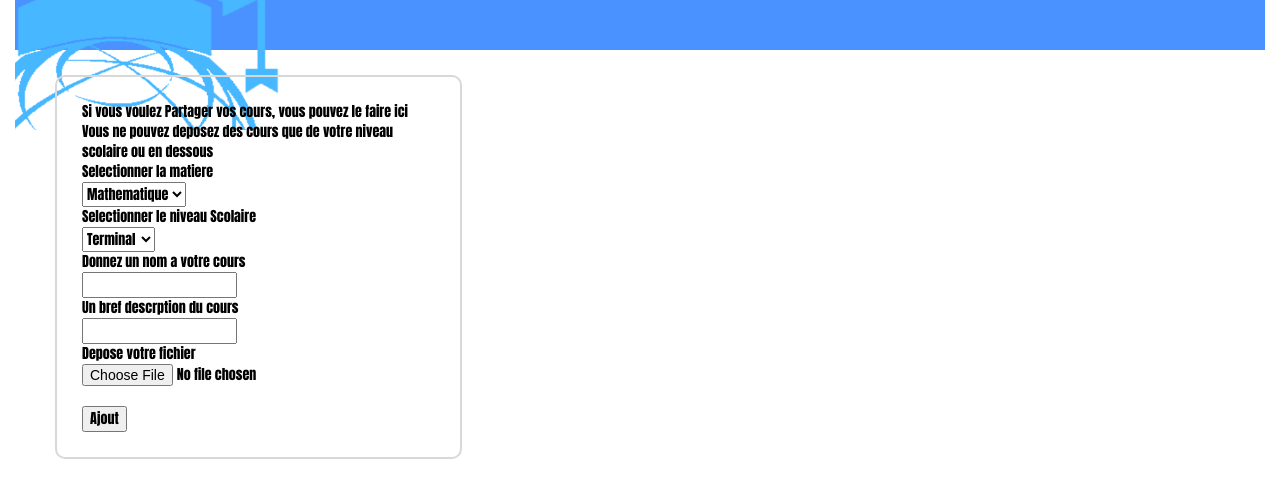
Repository: AntoAnt/WikiScolaire-
Page: http://localhost/InterfaceWikiScolair/WEB-INF/AjoutCours.jsp
An editor plug-in stored every save of this project. The page is shown before and after the next save, followed by the edit.
The browser window is 1280 px wide. The pictures show the whole page.
Some web fonts or font styles are not loaded; a fallback is used. The page is served by Tomcat 9. Nobody is signed in. Other server files are loaded and not shown. The template is opened directly, without the code that normally fills it, so the values that code supplies are empty.

Above is the page before, as saved 2017-04-27 17:07:11.

### InterfaceWikiScolair/WebContent/WEB-INF/AjoutCours.jsp
<%@ page language="java" contentType="text/html; charset=ISO-8859-1"
    pageEncoding="ISO-8859-1"%>
<!DOCTYPE html PUBLIC "-//W3C//DTD HTML 4.01 Transitional//EN" "http://www.w3.org/TR/html4/loose.dtd">
<html>
<head>
 	<meta charset="utf-8">
    <meta http-equiv="X-UA-Compatible" content="IE=edge">
    <meta name="viewport" content="width=device-width, initial-scale=1.0">
    <link href="/InterfaceWikiScolair/bootstrap-3.3.7-dist/css/bootstrap.min.css" rel="stylesheet">
    <link href="/InterfaceWikiScolair/font-awesome-4.6.3/css/font-awesome.min.css"  rel="stylesheet">
    <link href="https://fonts.googleapis.com/css?family=Crimson+Text" rel="stylesheet">
    <link href="/InterfaceWikiScolair/style.css" rel="stylesheet">
	<meta http-equiv="Content-Type" content="text/html; charset=ISO-8859-1">
<title>Ajout Cours</title>
</head>
<body>
<div class="container-fluid">

            <img src="/InterfaceWikiScolair/image/testelogo.png" class="superpose"/>

            <!--Navbar-->
            <nav class="bar">
                <div class="container">
                    <ul class="nav navbar-nav navbar-right">
                        <li class="">
						</li>
                    </ul>
                </div>
            </nav>
	<div class="container-fluid">
                <div class="col-xs-12 col-sm-12 col-lg-4 col-md-4 doc">
				<form method="post" action="/InterfaceWikiScolair/ControleurPrincipal?idaction=Insert_cours">

			Si vous voulez Partager vos cours, vous pouvez le faire ici</br>
			Vous ne pouvez deposez des cours que de votre niveau scolaire ou en dessous</br>
			Selectionner la matiere </br>
				<select name="CHAMP_Cours_Matiere">
					<option value ="MA">Mathematique</option>
					<option value ="FR">Français</option>
					<option value ="AN">Anglais</option>
					<option value ="SV">SVT</option>
					<option value ="PH">Physique</option>
					<option value ="EC">economie</option>
					<option value ="HI">Histoire</option>
					<option value ="GE">Geographie</option>
					<option value ="PH">Philosophie</option>
				</select></br>
				 Selectionner le niveau Scolaire </br>
				<select name="CHAMP_Cours_Niveau">
					<option value = "TE">Terminal</option>
					<option value = "PR">Premiere</otpion>
					<option value = "SE">Seconde</option>
				</select></br>

			Donnez un nom a votre cours</br>
			<input type="text" name="CHAMP_Cours_Nom"></br>
			Un bref descrption du cours</br>
			<input type="text" name="CHAMP_Cours_Doc"></br>
			Depose votre fichier</br>
			<input type="file" name="file_cours"></br>
			<input type="submit" name="Ajout_cours" value="Ajout"></br>
	</form>
</div>
</div>
</body>
</html>

### InterfaceWikiScolair/WebContent/style.css
body{
	font-family: 'Impact', serif;
	color: black;
}

.superpose {
   position: absolute;
   top: 0px;
   left: 15px;
   height: 130px;
}

.bar{
    background-color: #4992FF;
    padding: 25px;
}

.dropdown{
	margin-left: 50%;
}

.doc{
	margin:25px;
	padding: 25px;
	border-style: solid;
	border-color: #D8D8D8;
	border-radius: 10px;
	border-width: 2px;
}

a:hover {
	color: black;
	background-color: black;
}

.nav > li > a:hover {
  background-color: #4992FF;
}

@media screen and (max-width: 768px){
	.nonemin{
		display: none;
	}
}
@media screen and (min-width: 768px){
	.nonemax{
		display: none;
	}
}

Loaded but not shown: InterfaceWikiScolair/WebContent/bootstrap-3.3.7-dist/css/bootstrap.min.css (library); InterfaceWikiScolair/WebContent/font-awesome-4.6.3/css/font-awesome.min.css (library)

After the next save:
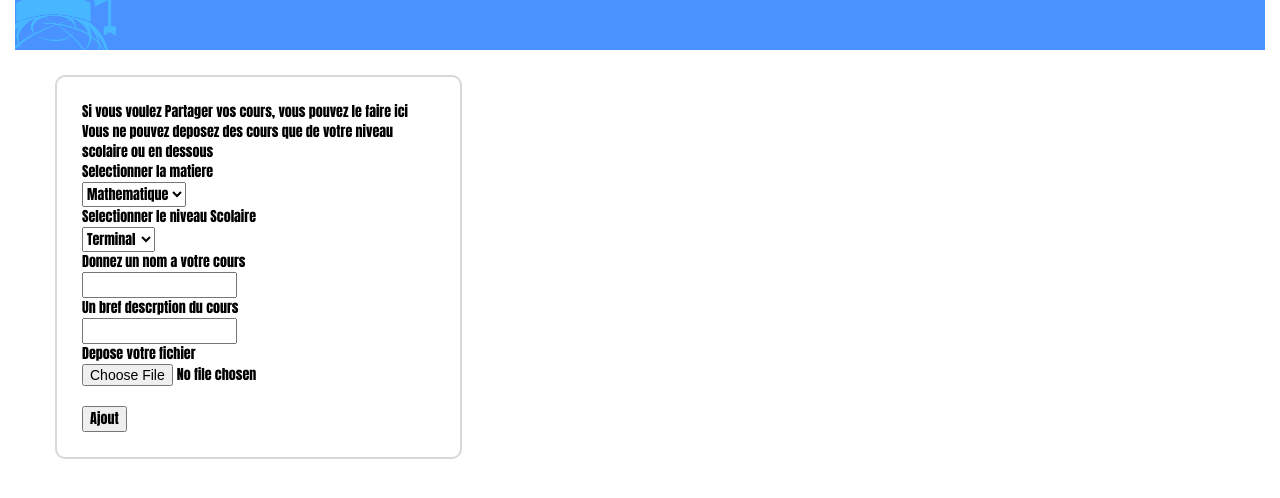
Saved 61 s later.
--- a/InterfaceWikiScolair/WebContent/style.css
+++ b/InterfaceWikiScolair/WebContent/style.css
@@ -7,7 +7,7 @@ body{
    position: absolute;
    top: 0px;
    left: 15px;
-   height: 130px;
+   height: 50px;
 }
 
 .bar{
